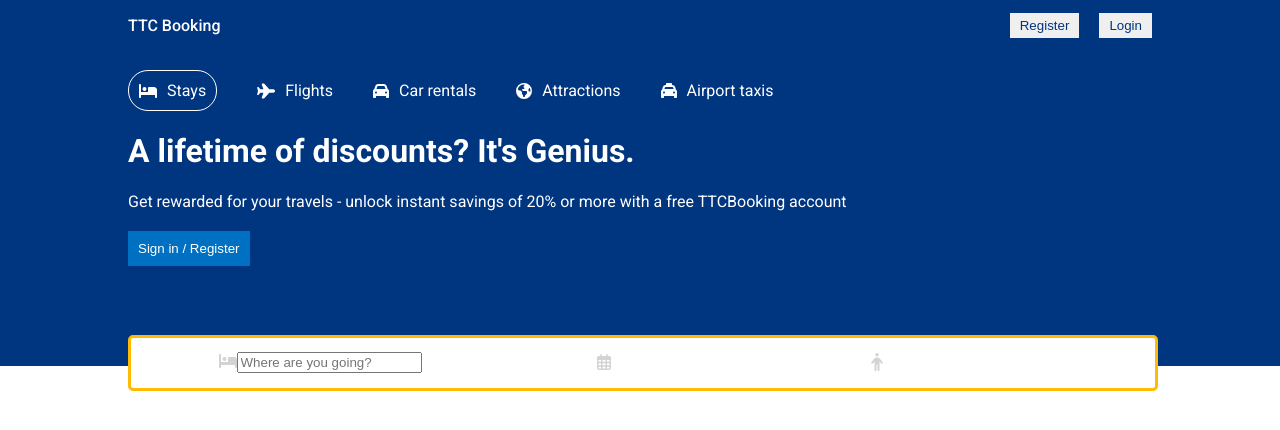
Repository: CarsonDev1/booking-app
Page: /
These files come from the project's save history. The page is drawn as it stood at one moment and after the next save; the edit follows.
The browser window is 1280 px wide. The pictures show the whole page.
The project was rebuilt for these pictures with package versions that can differ from the ones it lists, and the page was loaded fresh each time. Also part of the build but not shown: src/pages/home/home.css, src/pages/hotel/Hotel.jsx, src/pages/list/List.jsx.

Above is the page before, as saved 2022-12-03 01:11:15.

After the next save:
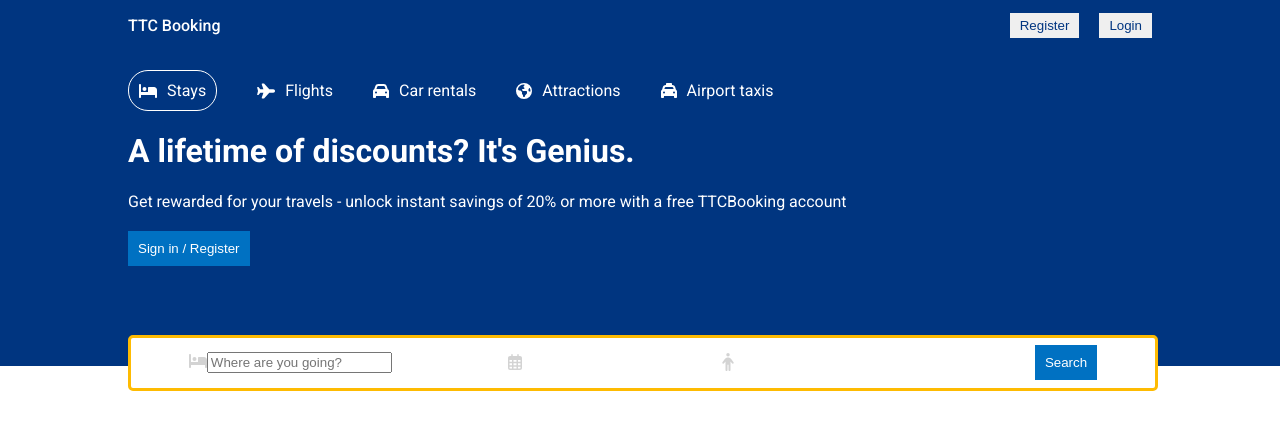
Saved 71 s later.
--- a/src/components/header/Header.jsx
+++ b/src/components/header/Header.jsx
@@ -70,6 +70,9 @@ const Header = () => {
 							2 adults 2 children 1 room
 						</span>
 					</div>
+					<div className="headerSearchItem">
+						<button className="headerBtn">Search</button>
+					</div>
 				</div>
 			</div>
 		</div>
